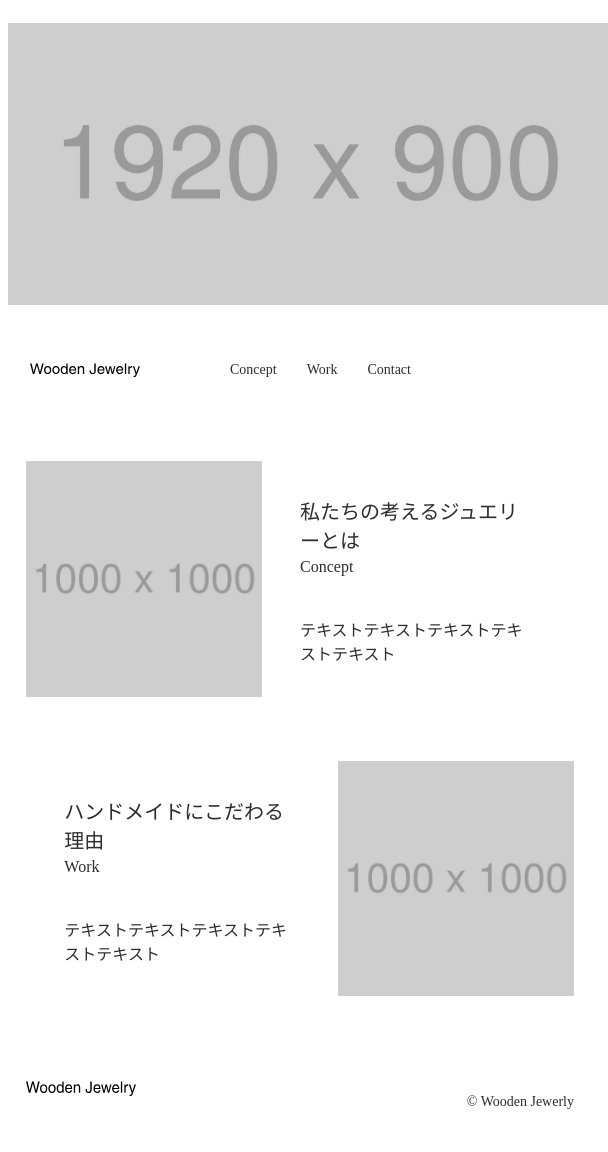
Repository: Fuki-san/jewelry
Page: http://localhost/jewelry
An editor plug-in stored every save of this project. The page is shown before and after a run of saves, followed by the edit.
The browser window is 600 px wide. The page is 608 px wide, then 600 px, so the pictures cover 608 px, including what lies to the right of the window. The pictures show the whole page.
The page is served by the project's Laravel application, run on PHP 8.4 with Laravel 10.

Above is the page before, as saved 2023-11-26 15:07:27.

After the next 2 saves:
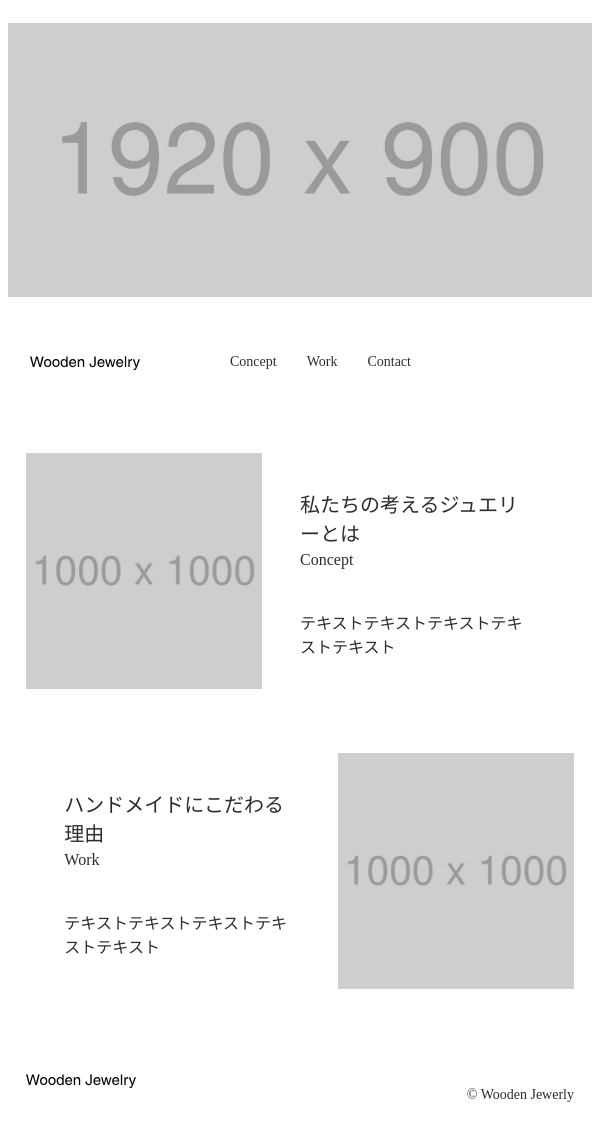
The 2 saves are shown as one change because they came seconds apart.
The last was saved 5 s later.
--- a/public/css/style.css
+++ b/public/css/style.css
@@ -104,6 +104,6 @@ img{
         font-size: 1.25rem;
     }
     #mainvisual{
-        width: 100vw;
+        width: 100%;
     }
 }
